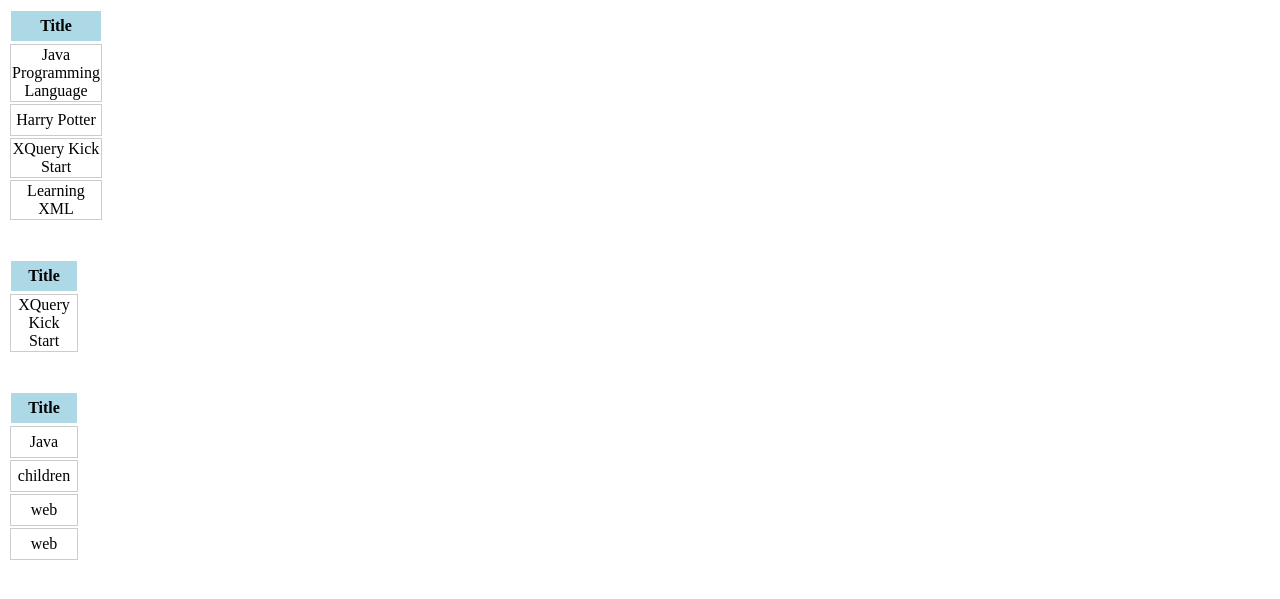
Repository: aaikinsm/FDM-Programs
Page: HTMLExample/WebContent/XMLbooks.html
An editor plug-in stored every save of this project. The page is shown before and after the next save, followed by the edit.
The browser window is 1280 px wide. The pictures show the whole page.

Above is the page before, as saved 2017-05-18 14:14:01.

### HTMLExample/WebContent/XMLbooks.html

<html>
	<head>
		<style type="text/css">
			td, th {
			  width: 4rem;
			  height: 2rem;
			  border: 1px solid #ccc;
			  text-align: center;
			}
			th {
			  background: lightblue;
			  border-color: white;
			}
		</style>
	</head>
	<body>
		<script>
			function loadXMLDoc(dname)
			{
				if (window.XMLHttpRequest)
				{
					xhttp = new XMLHttpRequest();
				}
				else
				{
					xhttp = new ActiveXObject("Microsoft.XMLHTTP");
				}

				xhttp.open("GET", dname, false);
				xhttp.send();
				return xhttp.responseXML;
			}

			// xmlDoc -> XML DOM
			xmlDoc = loadXMLDoc("books.xml");

			var x = xmlDoc.getElementsByTagName("title");


			// document -> HTML DOM
			var i = 0;
			document.write("<table>");
			document.write("<thead><tr>");
			document.write("<th>Title</th>");
			document.write("</tr></thead>");


			while(x[i])
			{
				document.write('<tr>');
				document.write('<td>');
				document.write(x[i].childNodes[0].nodeValue);
				document.write('</td>');
				document.write('</tr>');

				i++;
			}

			document.write('</table>');


			var x = xmlDoc.getElementsByTagName("book");

			var i = 0;
			document.write("<br/><br/><table>");
			document.write("<thead><tr>");
			document.write("<th>Title</th>");
			document.write("</tr></thead>");

			while(x[i])
			{
				if (x[i].getElementsByTagName("year")[0].childNodes[0].nodeValue == '2003'){
					document.write('<tr>');
					document.write('<td>');
					document.write(x[i].getElementsByTagName("title")[0].childNodes[0].nodeValue);
					document.write('</td>');
					document.write('</tr>');
				}

				i++;
			}

			document.write('</table>');

			document.write("<br/><br/><table>");
			document.write("<thead><tr>");
			document.write("<th>Title</th>");
			document.write("</tr></thead>");

			x = xmlDoc.getElementsByTagName('book');

			for (i=0; i<x.length; i++)
			{
				document.write('<tr>');
				document.write('<td>');
				document.write(x[i].getAttribute('category'));
				document.write('</td>');
				document.write('</tr>');
			}

			document.write('</table>');
		</script>
	</body>
</html>

After the next save:
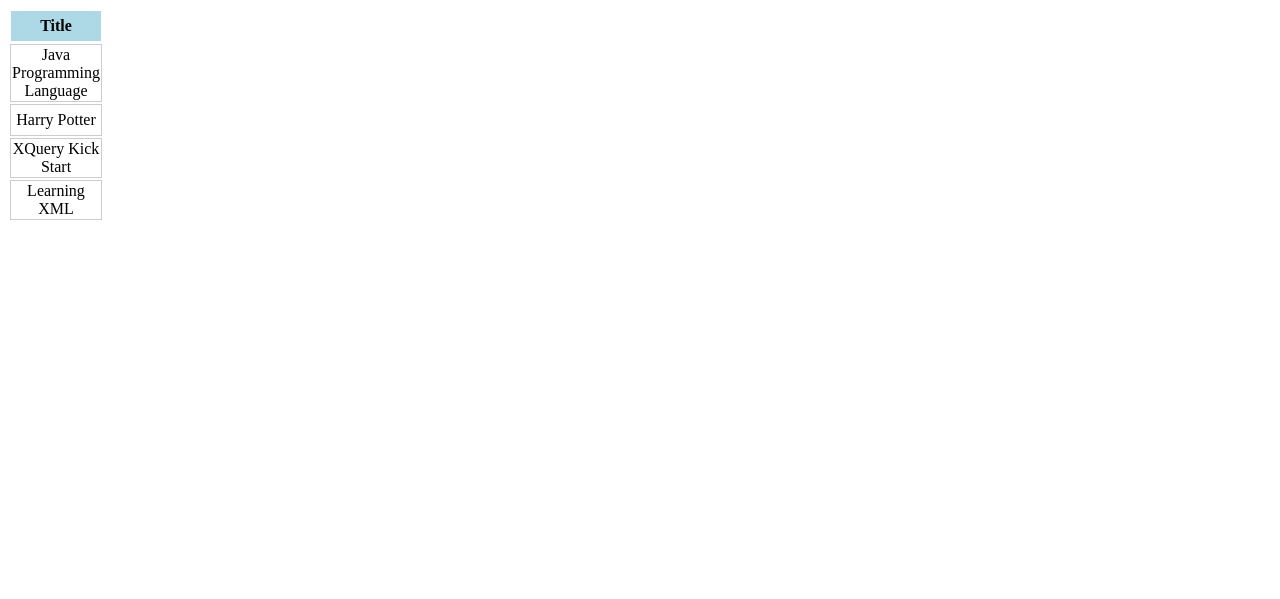
Saved 36 min 18 s later.
--- a/HTMLExample/WebContent/XMLbooks.html
+++ b/HTMLExample/WebContent/XMLbooks.html
@@ -60,44 +60,44 @@
 			document.write('</table>');
 
 
-			var x = xmlDoc.getElementsByTagName("book");
+// 			var x = xmlDoc.getElementsByTagName("book");
 
-			var i = 0;
-			document.write("<br/><br/><table>");
-			document.write("<thead><tr>");
-			document.write("<th>Title</th>");
-			document.write("</tr></thead>");
+// 			var i = 0;
+// 			document.write("<br/><br/><table>");
+// 			document.write("<thead><tr>");
+// 			document.write("<th>Title</th>");
+// 			document.write("</tr></thead>");
 
-			while(x[i])
-			{
-				if (x[i].getElementsByTagName("year")[0].childNodes[0].nodeValue == '2003'){
-					document.write('<tr>');
-					document.write('<td>');
-					document.write(x[i].getElementsByTagName("title")[0].childNodes[0].nodeValue);
-					document.write('</td>');
-					document.write('</tr>');
-				}
+// 			while(x[i])
+// 			{
+// 				if (x[i].getElementsByTagName("year")[0].childNodes[0].nodeValue == '2003'){
+// 					document.write('<tr>');
+// 					document.write('<td>');
+// 					document.write(x[i].getElementsByTagName("title")[0].childNodes[0].nodeValue);
+// 					document.write('</td>');
+// 					document.write('</tr>');
+// 				}
 
-				i++;
-			}
+// 				i++;
+// 			}
 
-			document.write('</table>');
+// 			document.write('</table>');
 
-			document.write("<br/><br/><table>");
-			document.write("<thead><tr>");
-			document.write("<th>Title</th>");
-			document.write("</tr></thead>");
+// 			document.write("<br/><br/><table>");
+// 			document.write("<thead><tr>");
+// 			document.write("<th>Title</th>");
+// 			document.write("</tr></thead>");
 
-			x = xmlDoc.getElementsByTagName('book');
+// 			x = xmlDoc.getElementsByTagName('book');
 
-			for (i=0; i<x.length; i++)
-			{
-				document.write('<tr>');
-				document.write('<td>');
-				document.write(x[i].getAttribute('category'));
-				document.write('</td>');
-				document.write('</tr>');
-			}
+// 			for (i=0; i<x.length; i++)
+// 			{
+// 				document.write('<tr>');
+// 				document.write('<td>');
+// 				document.write(x[i].getAttribute('category'));
+// 				document.write('</td>');
+// 				document.write('</tr>');
+// 			}
 
 			document.write('</table>');
 		</script>
